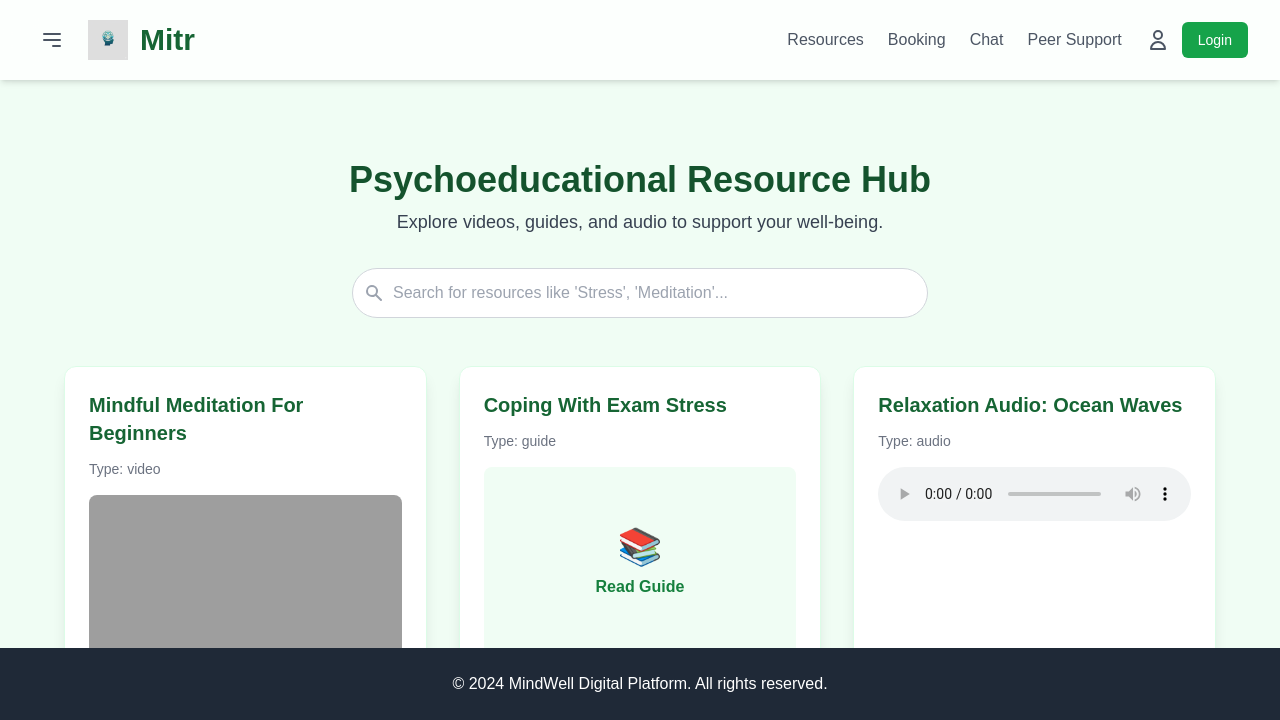
Repository: alokse24b01025/mentalhealth-project-sih-
Page: /resources (app in p1/)
These files come from the project's save history. The page is drawn as it stood at one moment and after the next save; the edit follows.
The browser window is 1280 px wide. The pictures show the whole page.
Pictures or frames that could not be fetched are drawn as grey boxes. An inner scrolling area shows only its first screen. The project was rebuilt for these pictures with package versions that can differ from the ones it lists, and the page was loaded fresh each time. Also part of the build but not shown: p1/vite.config.js, p1/src/pages/HomePage.jsx, p1/src/components/Chatbot.jsx, p1/src/pages/ChatPage.jsx, p1/src/data/mockCounselors.js, p1/src/pages/BookingPage.jsx, p1/src/components/PeerSupport.jsx, p1/src/pages/PeerSupportPage.jsx and 2 more.

Above is the page before, as saved 2025-09-10 13:24:35.

After the next save:
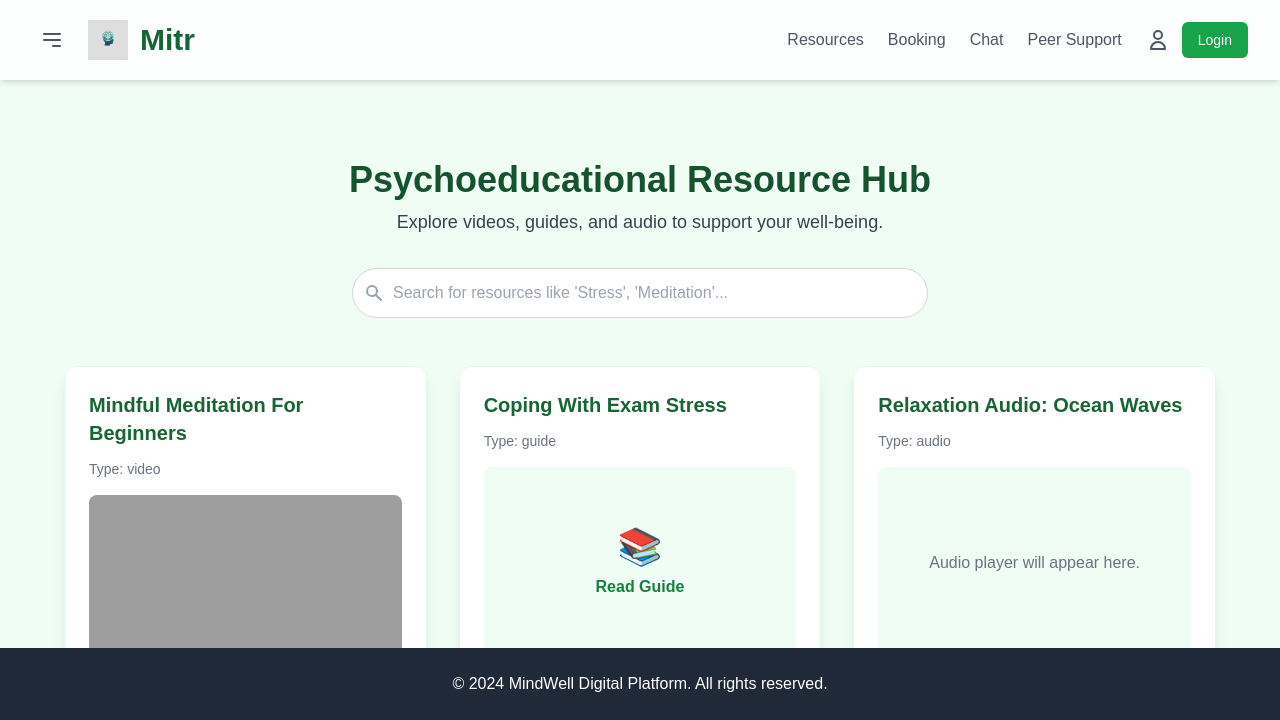
Saved 5 min 32 s later.
--- a/p1/src/pages/ResourcesPage.jsx
+++ b/p1/src/pages/ResourcesPage.jsx
@@ -3,14 +3,24 @@ import Header from '../components/Header';
 import Footer from '../components/Footer';
 import { mockResources } from '../data/mockResources';
 
-// This is the themed card for displaying a single resource.
+// This is the themed card for displaying a single resource with a working iframe.
 const ResourceCard = ({ resource }) => {
   const { title, type, url } = resource;
 
   const renderContent = () => {
     switch (type) {
       case 'video':
-        return <iframe className="w-full h-48 rounded-lg" src={url} title={title} frameBorder="0" allowFullScreen></iframe>;
+        // This iframe is correctly configured to display and play YouTube videos.
+        return (
+          <iframe
+            className="w-full h-48 rounded-lg"
+            src={url}
+            title={title}
+            frameBorder="0"
+            allow="accelerometer; autoplay; clipboard-write; encrypted-media; gyroscope; picture-in-picture"
+            allowFullScreen
+          ></iframe>
+        );
       case 'guide':
         return (
           <div className="flex items-center justify-center h-48 bg-green-50 rounded-lg">
@@ -21,7 +31,11 @@ const ResourceCard = ({ resource }) => {
           </div>
         );
       case 'audio':
-        return <audio controls src={url} className="w-full"></audio>;
+        return (
+          <div className="flex items-center justify-center h-48 bg-green-50 rounded-lg">
+             <p className="text-gray-500">Audio player will appear here.</p>
+          </div>
+        );
       default:
         return null;
     }
@@ -38,12 +52,10 @@ const ResourceCard = ({ resource }) => {
   );
 };
 
-// This is the main page component with the corrected layout and new search feature.
+// This is the main page component with the corrected layout and search feature.
 const ResourcesPage = () => {
   const [searchTerm, setSearchTerm] = useState('');
 
-  // Filter resources based on the search term.
-  // useMemo ensures this only recalculates when the search term changes.
   const filteredResources = useMemo(() => {
     if (!searchTerm) {
       return mockResources;
@@ -64,7 +76,6 @@ const ResourcesPage = () => {
           <p className="mt-2 text-lg text-gray-700">Explore videos, guides, and audio to support your well-being.</p>
         </div>
 
-        {/* --- NEW: Search Bar --- */}
         <div className="max-w-xl mx-auto mb-12">
           <div className="relative">
             <div className="absolute inset-y-0 left-0 pl-3 flex items-center pointer-events-none">
@@ -82,7 +93,6 @@ const ResourcesPage = () => {
           </div>
         </div>
 
-        {/* Conditional rendering for the grid */}
         {filteredResources.length > 0 ? (
           <div className="grid sm:grid-cols-2 lg:grid-cols-3 gap-8 max-w-6xl mx-auto">
             {filteredResources.map(resource => (
